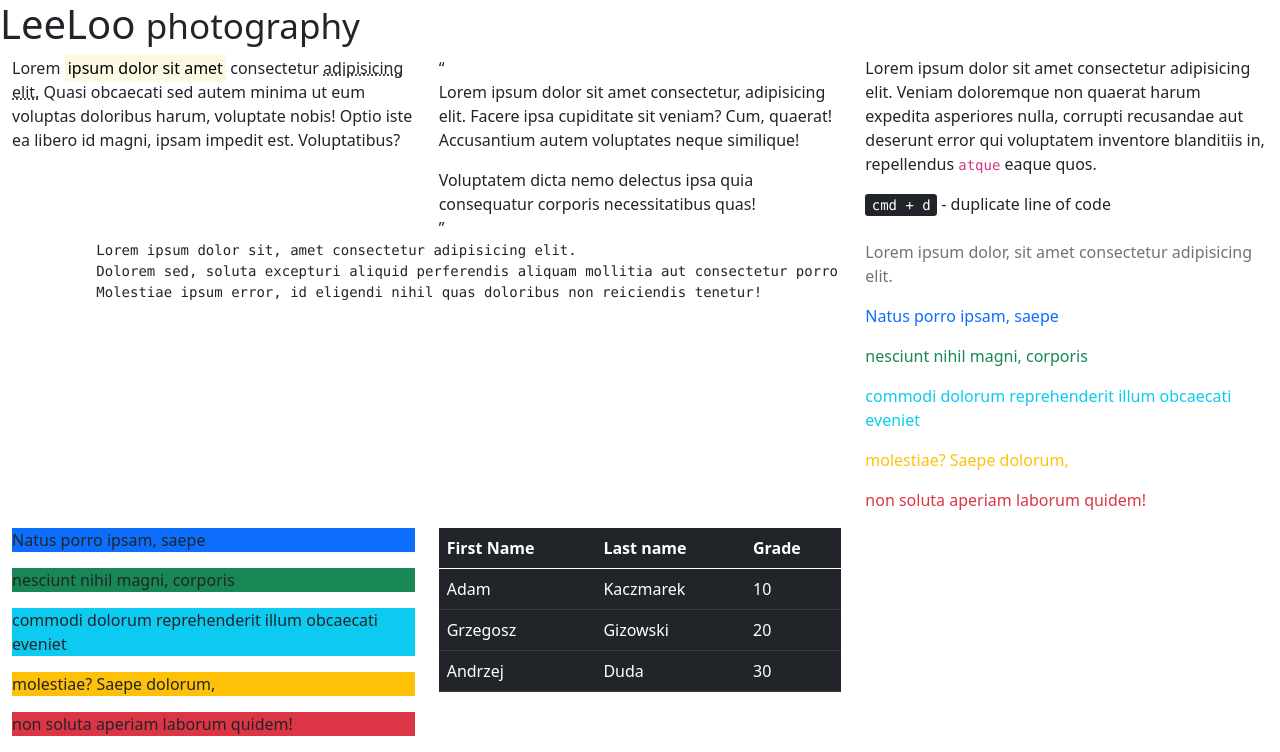
Repository: Zyzik-33/bootstrap-test
Page: index.html
The author's editor kept a copy of each file at every save. The page is drawn from the files as they stood at one save, then again after the next save.
The browser window is 1280 px wide. The pictures show the whole page.

Above is the page before, as saved 2021-01-27 15:54:51.

### index.html
<!DOCTYPE html>
<html lang="en">
<head>
  <title>LeeLoo</title>
  <meta charset="UTF-8">
  <meta name="viewport" content="width=device-width, initial-scale=1.0">
  <link href="https://cdn.jsdelivr.net/npm/bootstrap@5.0.0-beta1/dist/css/bootstrap.min.css" rel="stylesheet" integrity="sha384-giJF6kkoqNQ00vy+HMDP7azOuL0xtbfIcaT9wjKHr8RbDVddVHyTfAAsrekwKmP1" crossorigin="anonymous">
  <script src="https://ajax.googleapis.com/ajax/libs/jquery/3.5.1/jquery.min.js"></script>
  <script src="https://cdn.jsdelivr.net/npm/bootstrap@5.0.0-beta1/dist/js/bootstrap.bundle.min.js" integrity="sha384-ygbV9kiqUc6oa4msXn9868pTtWMgiQaeYH7/t7LECLbyPA2x65Kgf80OJFdroafW" crossorigin="anonymous"></script>
</head>
<body>
  <h1>LeeLoo <small>photography</small> </h1>
  <div class="container-fluid">

    <div class="row">
      <div class="col-lg-4">Lorem <mark>ipsum dolor sit amet</mark> consectetur <abbr title="Explanation">adipisicing elit.</abbr> Quasi obcaecati sed autem minima ut eum voluptas doloribus harum, voluptate nobis! Optio iste ea libero id magni, ipsam impedit est. Voluptatibus?</div>
      <div class="col-lg-4">
        <q cite="http://developer.mozilla.org">
          <p>
            Lorem ipsum dolor sit amet consectetur, adipisicing elit. Facere ipsa cupiditate sit veniam? Cum, quaerat!
             Accusantium autem voluptates neque similique!
          </p>
          <footer>
            Voluptatem dicta nemo delectus ipsa quia consequatur corporis necessitatibus quas!
          </footer>
        </q>
      </div>
      <div class="col-lg-4">
        <blockquote class="blockquote-reverse">
          <p>
            Lorem ipsum dolor sit amet consectetur adipisicing elit.
            Veniam doloremque non quaerat harum expedita asperiores nulla,
            corrupti recusandae aut deserunt error qui voluptatem inventore
            blanditiis in, repellendus <code>atque</code> eaque quos.
          </p>
          <footer><kbd>cmd + d</kbd> - duplicate line of code</footer>
        </blockquote>
      </div>
    </div>
    <div class="row">
      <div class="col-lg-8">
        <pre>
          Lorem ipsum dolor sit, amet consectetur adipisicing elit.
          Dolorem sed, soluta excepturi aliquid perferendis aliquam mollitia aut consectetur porro.
          Molestiae ipsum error, id eligendi nihil quas doloribus non reiciendis tenetur!
        </pre>
      </div>
      <div class="col-lg-4">
       <p class="text-muted"> Lorem ipsum dolor, sit amet consectetur adipisicing elit.</p>
       <p class="text-primary">Natus porro ipsam, saepe</p>
       <p class="text-success">nesciunt nihil magni, corporis</p>
       <p class="text-info">commodi dolorum reprehenderit illum obcaecati eveniet</p>
       <p class="text-warning">molestiae? Saepe dolorum,</p>
       <p class="text-danger">non soluta aperiam laborum quidem!</p>
      </div>
    </div>
    <div class="row">
      <div class="col-lg-4">
       <p class="bg-primary">Natus porro ipsam, saepe</p>
       <p class="bg-success">nesciunt nihil magni, corporis</p>
       <p class="bg-info">commodi dolorum reprehenderit illum obcaecati eveniet</p>
       <p class="bg-warning">molestiae? Saepe dolorum,</p>
       <p class="bg-danger">non soluta aperiam laborum quidem!</p>
      </div>
      <div class="col-lg-4">
        <table class="table table-hover table-dark">
          <!-- table-striped, table-bordered, table-hover, table-dark -->
          <thead>
            <tr>
              <th scope="col">First Name</th>
              <th scope="col">Last name</th>
              <th scope="col">Grade</th>
            </tr>
          </thead>
          <tbody>
            <tr>
              <td scope="row">Adam</td>
              <td>Kaczmarek</td>
              <td>10</td>
            </tr>
            <tr>
              <td scope="row">Grzegosz</td>
              <td>Gizowski</td>
              <td>20</td>
            </tr>
            <tr>
              <td scope="row">Andrzej</td>
              <td>Duda</td>
              <td>30</td>
            </tr>
          </tbody>
        </table>
      </div>
      <div class="col-lg-4"></div>
    </div>
  </div>
</body>
</html>

After the next save:
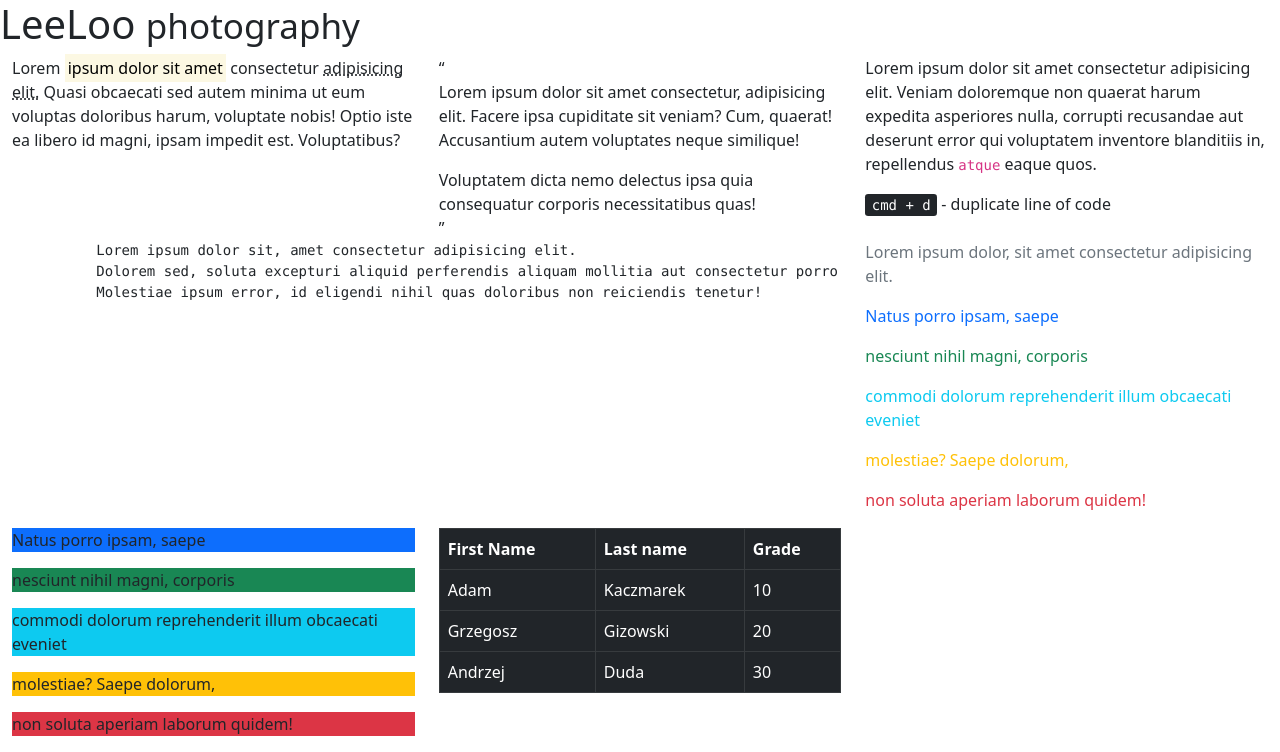
Saved 13 s later.
--- a/index.html
+++ b/index.html
@@ -63,7 +63,7 @@
        <p class="bg-danger">non soluta aperiam laborum quidem!</p>
       </div>
       <div class="col-lg-4">
-        <table class="table table-hover table-dark">
+        <table class="table table-hover table-dark table-bordered">
           <!-- table-striped, table-bordered, table-hover, table-dark -->
           <thead>
             <tr>
